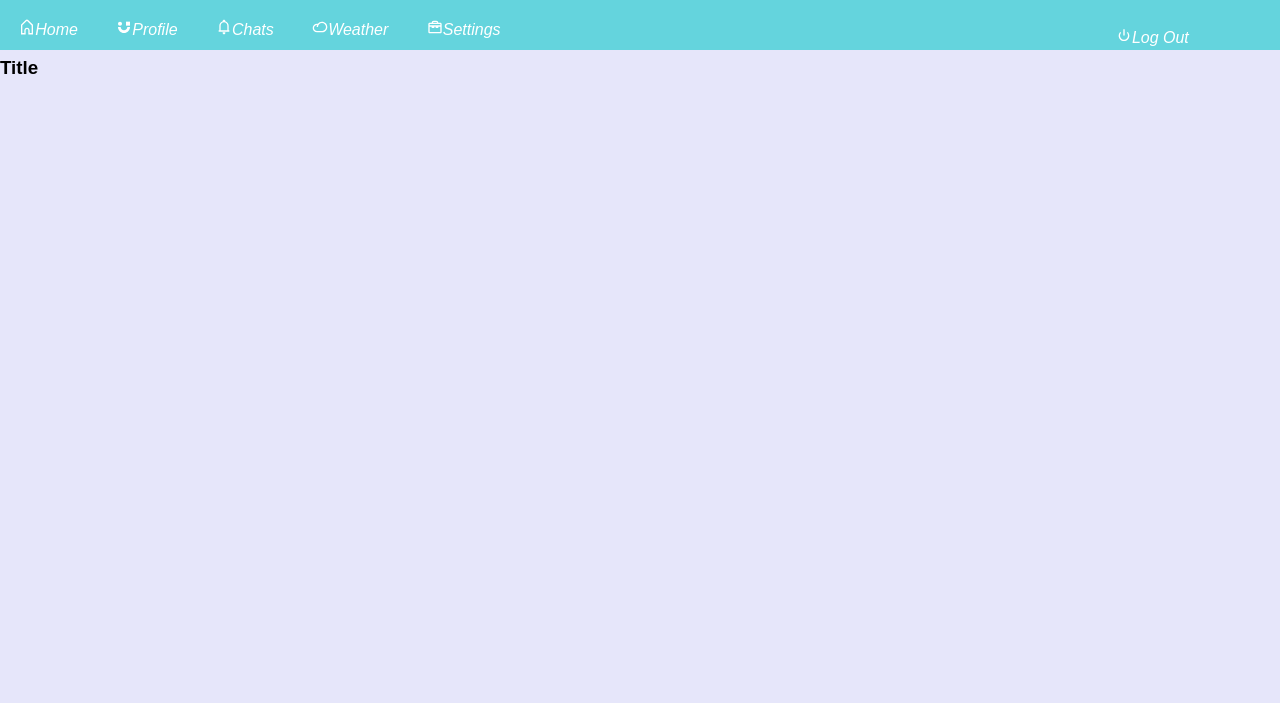
Repository: deriksadiki/react-routes-v6
Page: /
The author's editor kept a copy of each file at every save. The page is drawn from the files as they stood at one save, then again after a run of saves.
The browser window is 1280 px wide. The pictures show the whole page.
The project was rebuilt for these pictures with package versions that can differ from the ones it lists, and the page was loaded fresh each time. Also part of the build but not shown: src/Components/topbar/OfflineNav.js, src/App.css, src/Components/Login/Login.js, src/Components/Profile/Profile.js, src/Components/SIgnup/SIgnup.js.

Above is the page before, as saved 2021-11-19 18:37:30.

### src/App.js
import Topbar from './Components/topbar/Topbar';
import './App.css';
import AuthRoutes from './Auth/Routes';


//functional programing
function App() {
  return (

    <Topbar/>

  );
}

export default App;

### src/Components/topbar/Topbar.js

import "./topbar.css";
import Navigation from "./Navigation";
import MobileTopBar from './MobileTopBar';
export default function Topbar(){

    return(
      <nav className='Topbar'>
           <Navigation/>,
           <MobileTopBar/>
      </nav>
    );
}

### src/Components/topbar/topbar.css
/*Mobile*/

@media (max-width: 900px) {
  .Navigation{
    display: none;
  }
  .MobileTopBar{
    display: flex;
    background: rgb(100,212,221);
    align-items: center;
    width: 100%;
    height: 60px;
    position: fixed;
    top: 0;
    left: 0;
    border-bottom: white 1px ridge;
  }
  .MobileTopBar .menubtn{
    position: absolute;
    right: 5%;
    padding: 8px;
    cursor: pointer;
    font-size: 1.5rem;
  }
  .MobileTopBar .closebtn{
    position: absolute;
    right: 5%;
    padding: 8px;
    cursor: pointer;
    font-size: 1.5rem;
  }
  .MobileTopBar .fa-bars:hover{
    color: blueviolet;
    background: white;
  }
  .MobileTopBar span i{
    color: rgb(255, 254, 254);
    font-size: 1rem;
    padding: 10px;
  }
  .MobileTopBar span h4{
    color: antiquewhite;
    font-size:1rem
  }
  .MobileTopBar .linksContainer {
    display: flex;
    flex-direction: column;
    top: 60px;
    position: absolute;
    left: 0;
    padding: 8px;
    background: #181818;
    width: 100%;
  }
}
/*Computer screen*/
.Navigation{
  width: 100%;
  background: rgb(100,212,221);
  height: 50px;
  top: 0;
  position: fixed;
  left: 0;
}
/*Break none*/
.Navigation .linksContainer br{
  display: none;
}
/*Icons*/
.Navigation span i{
  display: inline-block;
  margin: 1.5vw;
  color: white;
  font-size: 1rem;
}
.Navigation span i:hover{
  border-bottom: 2px solid rgb(255, 255, 255);
  color:black;
  }

/*Sign out button*/
.Navigation .linksContainer .signout{
  position: absolute;
  right: 5%;
  padding: 8px;
  font-size: 1rem;
}

### src/Components/topbar/Navigation.js
import "./topbar.css";

import NavLinks from "./NavbarLinks";
export default function Navigation(){

    return(
        <nav className='Navigation'>
        <NavLinks/>
        </nav>
        )}

### src/Components/topbar/MobileTopBar.js
import "./topbar.css";
import { useState } from "react";
import {CgMenuRound} from "react-icons/cg";
import {CgClose} from "react-icons/cg";
import NavLinks from "./NavbarLinks";

export default function MobileTopBar(){
    const [open, setOpen] = useState(false);
    const openMenu = <CgMenuRound className='menubtn' onClick={() => setOpen(!open)}/>
    const closeMenu = <CgClose className="closebtn" onClick={() => setOpen(!open)}/>
    const closeMobileMenu = () => setOpen(false);

    return(
        <nav className='MobileTopBar'>
        {open ? closeMenu: openMenu}
        { open && <NavLinks isMobile={true} closeMobileMenu={closeMobileMenu}/>}
        <div className="titleContent">
                <h3>Title</h3>
            </div>
        </nav>


        )}

### src/Components/topbar/NavbarLinks.js
import RouteLinks from "./RouteLinks";
import OfflineNav from "./OfflineNav";
import { BrowserRouter as Router, Route, Routes } from 'react-router-dom'
import React, { useState } from 'react'


const NavbarLinks = () =>{
    const [loginState, setLoginState] = useState(true)

        return(
            <Router>
                {
                    loginState ?
                    <Routes>
                    <Route exact path="*" element={<RouteLinks/>}/>
                </Routes>
                :
                    <Routes>
                        <Route exact path="*" element={<OfflineNav/>}/>

                    </Routes>
    }
            </Router>
        )
    }

    export default NavbarLinks;

### src/Components/Home/home.css
body{
    font-family: 'Nunito', sans-serif;
  }
  .page {
      height: 140px;
      background: rgba(0, 204, 204, 0.651);
      position:inherit;
      margin-bottom: 30px;
   }
  .page .fa-search{
    font-size: 1.5rem;
    margin: 5px;
    cursor: pointer;
      position: absolute;
      top: 90px;
      right: 10px;

  }
  #friends{
    height: 270px;
    position:inherit;
    border-bottom:purple ridge 1px;
    margin: 0 auto;
    max-width: 800px;
    padding: 0 20px;
  }
  #friends h3{
  margin: 4px;
  }
  #friends ul li{
    list-style: none;
    font-size: 15px;
    margin: 5px;
    padding: 5px;
    cursor: pointer;
  }
  #friends .fa-user-circle{
    margin: 5px;
    font-size: 1.5rem;
  }
  .page .fa-search:hover{
  color: white;
  }
  .page input{
     background:purple;
     padding: 5px;
     margin: 5px;
     color: white;
     width: 80%;

  }
  .page input::placeholder{
    color:white ;
  }
  .page h1{
    color: rgb(255, 255, 255);
    margin: 5px;
  }
   body {
     background-color: lavender;
   }

   @media screen and (min-width: 400px) {
     body {
       background-color: lavender   }
   }

   @media screen and (min-width: 800px) {
     body {
       background-color: lavender;
     }
   }

### src/Components/topbar/RouteLinks.js
import React from 'react'
import '../topbar/topbar.css'
import {NavLink} from 'react-router-dom'
import {CgCloud, CgHome} from "react-icons/cg";
import {CgUserlane} from "react-icons/cg";
import {CgBell} from "react-icons/cg";
import {CgToolbox} from "react-icons/cg";
import {CgLogOff} from "react-icons/cg";
function RouteLinks(props) {
    return (
        <div>
            <div className="linksContainer">

                    <NavLink to="/home" activeStyle={{color: 'black'}} exact onClick={() => props.isMobile && props.closeMobileMenu()}><span><i><CgHome/>Home</i></span>
                    </NavLink>
                    <br></br>
                    <NavLink to="/profile" activeStyle={{color: 'black'}} onClick={() => props.isMobile && props.closeMobileMenu()} ><span><i ><CgUserlane/>Profile</i></span>
                    </NavLink>
                    <br></br>
                    <NavLink to="/chat" activeStyle={{color: 'black'}} onClick={() => props.isMobile && props.closeMobileMenu()} ><span><i><CgBell/>Chats</i></span>
                    </NavLink>
                    <br></br>
                    <NavLink to="/weather" activeStyle={{color: 'black'}} onClick={() => props.isMobile && props.closeMobileMenu()} ><span><i><CgCloud />Weather</i></span>
                    </NavLink>
                    <br></br>
                    <NavLink to="/messages" activeStyle={{color: 'black'}} onClick={() => props.isMobile && props.closeMobileMenu()} ><span><i><CgToolbox />Settings</i></span>
                    </NavLink>
                    <br></br>
                    <NavLink to="/signin" activeStyle={{color: 'black'}} onClick={() => props.isMobile && props.closeMobileMenu()} ><span className="signout"><i><CgLogOff />Log Out</i></span>
                    </NavLink>
                    </div>
        </div>
    )
}

export default RouteLinks

### src/Auth/Routes.js

import React, { useState } from 'react'
import { BrowserRouter as Router, Route, Routes } from 'react-router-dom'


//components
import Home from '../Components/Home/Home';
import Login from '../Components/Login/Login';
import Profile from '../Components/Profile/Profile';
import SIgnup from '../Components/SIgnup/SIgnup';


const AuthRoutes = () =>{
    const [loginState, setLoginState] = useState(true)
    return(

        <Router>
            {
                loginState ?
                <Routes>
                <Route exact path="*" element={<Home/>}/>
                <Route exact path="/Home" element={<Home/>}/>
                <Route exact path="/Profile" element={<Profile/>}/>
            </Routes>
            :
                <Routes>
                    <Route exact path="*" element={<Login/>}/>
                    <Route exact path="/Signup" element={<SIgnup/>}/>
                    <Route exact path="/Login" element={<Login/>}/>
                </Routes>
}
        </Router>
    )
}

export default AuthRoutes;

### src/Components/Home/Home.js
import "./home.css";
import {Link} from 'react-router-dom';
import NavbarLinks from '../topbar/NavbarLinks'


export default function Home(){

    const topbarview = <NavbarLinks/>
    return(
         {topbarview},
        <div className="page">
        <br></br>
        <br></br>
        <br></br>
            <h1>
            Lobby
            </h1>

            <div ClassName="searchbar">
            <Link to="/search"><i className="fas fa-search"></i>
            </Link>
            </div>
            <div id="friends">
                <br></br>
                <h3>Dashboard People</h3>
                <ul>
                    <li> <i className="fas fa-user-circle"></i>Edmond Sadiki</li>
                    <li><i className="fas fa-user-circle"></i>John Smith</li>
                    <li> <i className="fas fa-user-circle"></i>Derik Sadiki</li>
                    <li> <i className="fas fa-user-circle"></i>Leoram ispa</li>
                    <li> <i className="fas fa-user-circle"></i>Edmond Sadiki</li>
                    <li><i className="fas fa-user-circle"></i>John Smith</li>
                    <li> <i className="fas fa-user-circle"></i>Derik Sadiki</li>
                    <li> <i className="fas fa-user-circle"></i>Leoram ispa</li>
                    <li> <i className="fas fa-user-circle"></i>Edmond Sadiki</li>
                    <li><i className="fas fa-user-circle"></i>John Smith</li>
                    <li> <i className="fas fa-user-circle"></i>Derik Sadiki</li>
                    <li> <i className="fas fa-user-circle"></i>Leoram ispa</li>
                </ul>

            </div>
        </div>
    );
}

Loaded but not shown: public/index.html (common file); src/index.js (common file); src/index.css (common file)

After the next 4 saves:
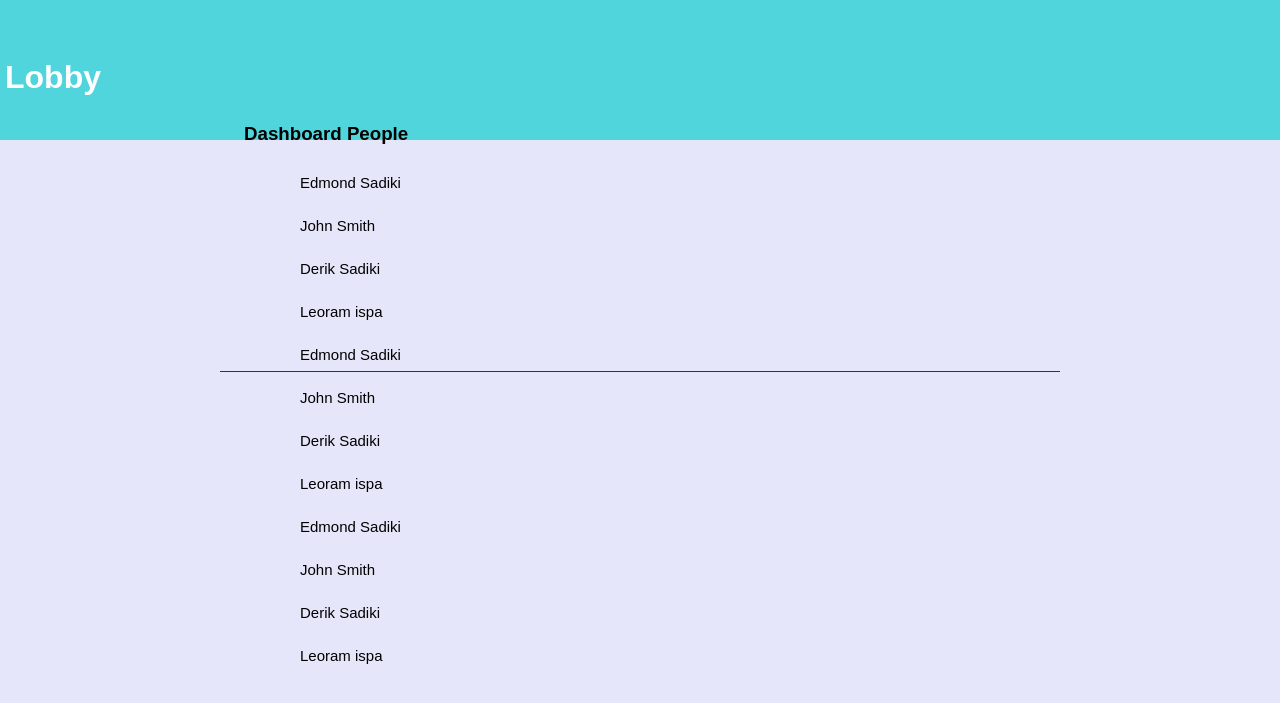
The 4 saves are shown as one change because they came seconds apart.
The last was saved 11 s later.
--- a/src/App.js
+++ b/src/App.js
@@ -7,8 +7,8 @@ import AuthRoutes from './Auth/Routes';
 function App() {
   return (
 
-    <Topbar/>
-
+    <Topbar/>,
+    <AuthRoutes/>
   );
 }
 
